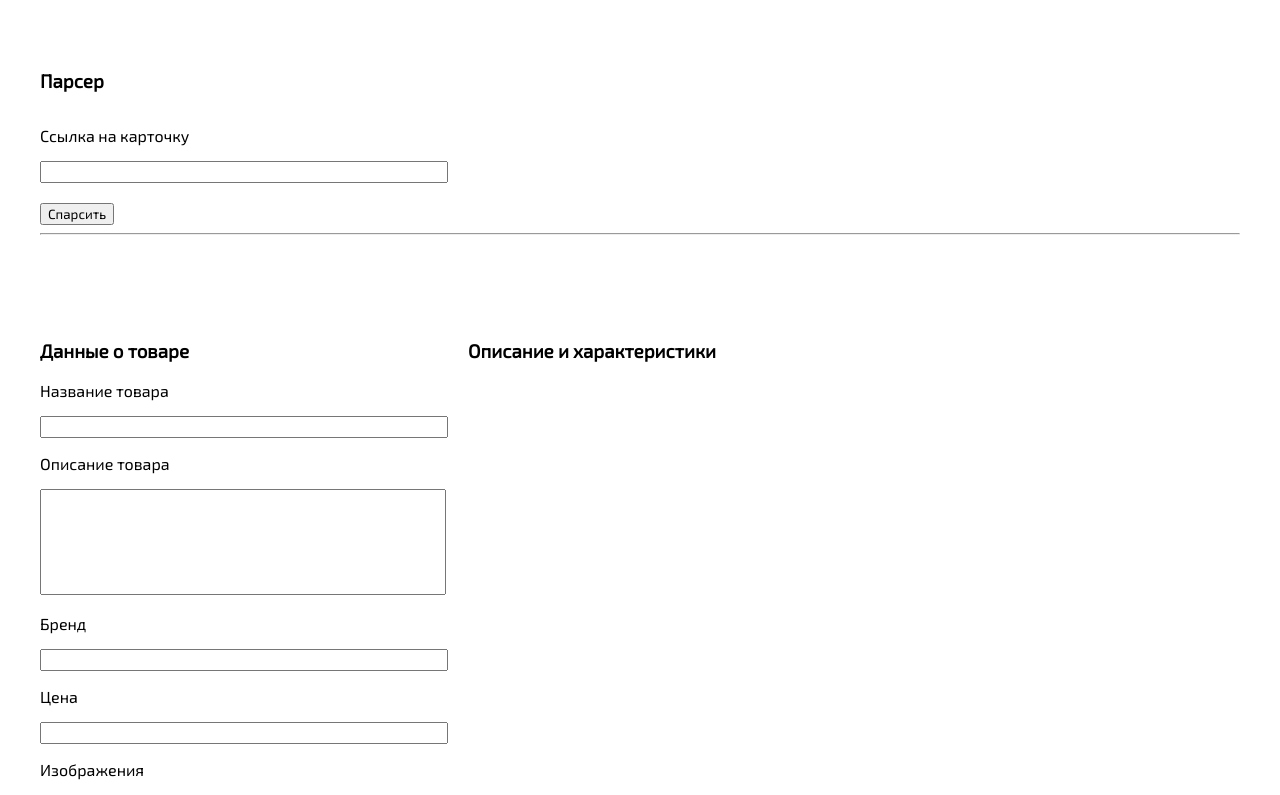
Repository: yozuul/wildberries-product-card-parser-api-exchange
Page: public/index.html
The author's editor kept a copy of each file at every save. The page is drawn from the files as they stood at one save, then again after the next save.
The browser window is 1280 px wide. The pictures show the whole page.

Above is the page before, as saved 2021-08-18 18:32:09.

After the next save:
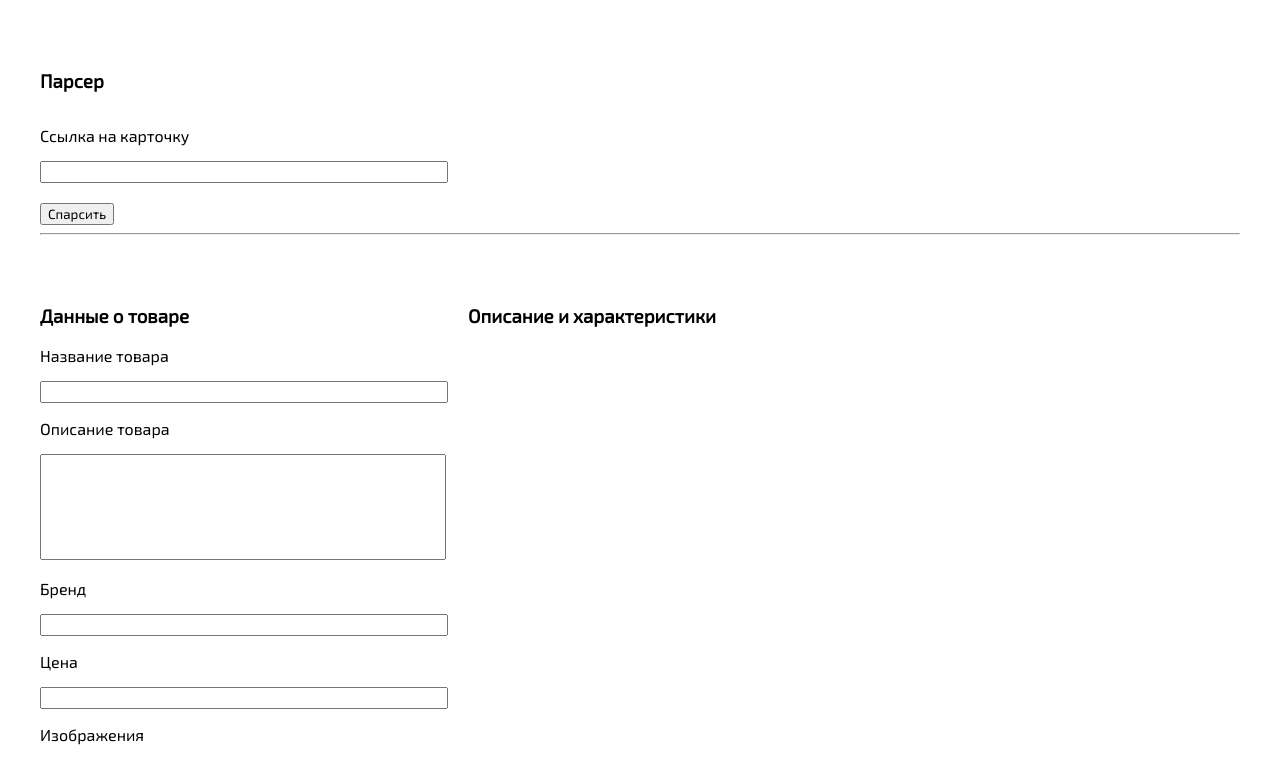
Saved 15 s later.
--- a/public/style.css
+++ b/public/style.css
@@ -29,7 +29,6 @@ body {
    margin-bottom: 20px;
 }
 .productForm {
-   margin-top: 35px;
 }
 .productForm input, .productForm textarea {
    width: 400px;
